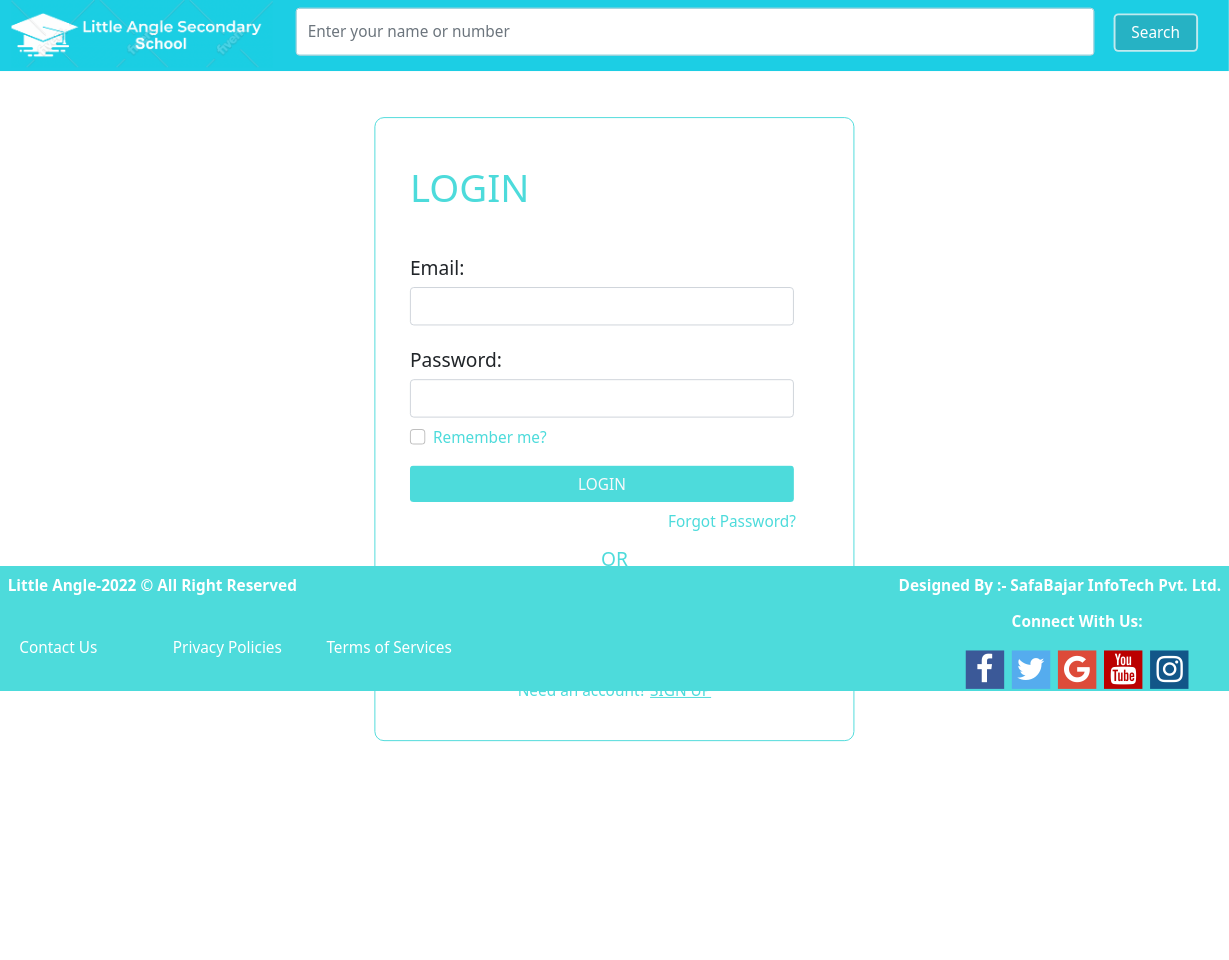
Repository: Sjuicyy/School-Project
Page: login.html
The author's editor kept a copy of each file at every save. The page is drawn from the files as they stood at one save, then again after the next save.
The browser window is 1280 px wide. The pictures show the whole page, at 96% of full size.

Above is the page before, as saved 2022-09-17 13:37:58.

After the next save:
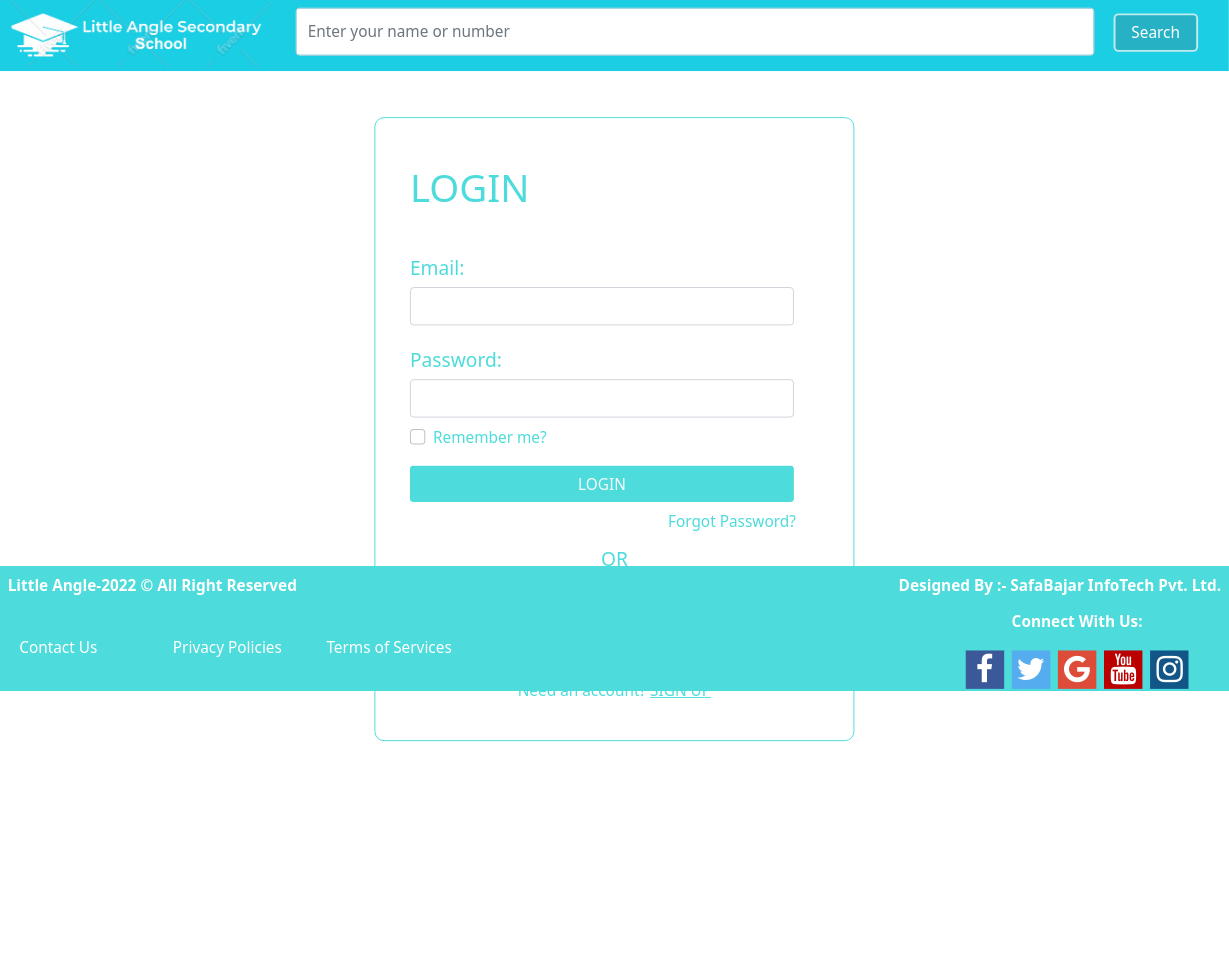
Saved 4 s later.
--- a/login.html
+++ b/login.html
@@ -170,10 +170,10 @@
     <div class="container mt-5 bd" style="width: 500px;height:650px;border-radius:10px">
 
         <div class="row  m-4 mt-5 h1 color">LOGIN</div>
-        <div class="row mx-4 mt-5 h5 ">Email:</div>
+        <div class="row mx-4 mt-5 h5 color">Email:</div>
         <input class="form-control formM" type="text">
 
-        <div class="row mx-4 mt-4 h5 ">Password:</div>
+        <div class="row mx-4 mt-4 h5 color">Password:</div>
         <input class="form-control formM" type="password">
 
         <div class="form-check mx-4 mt-2">
